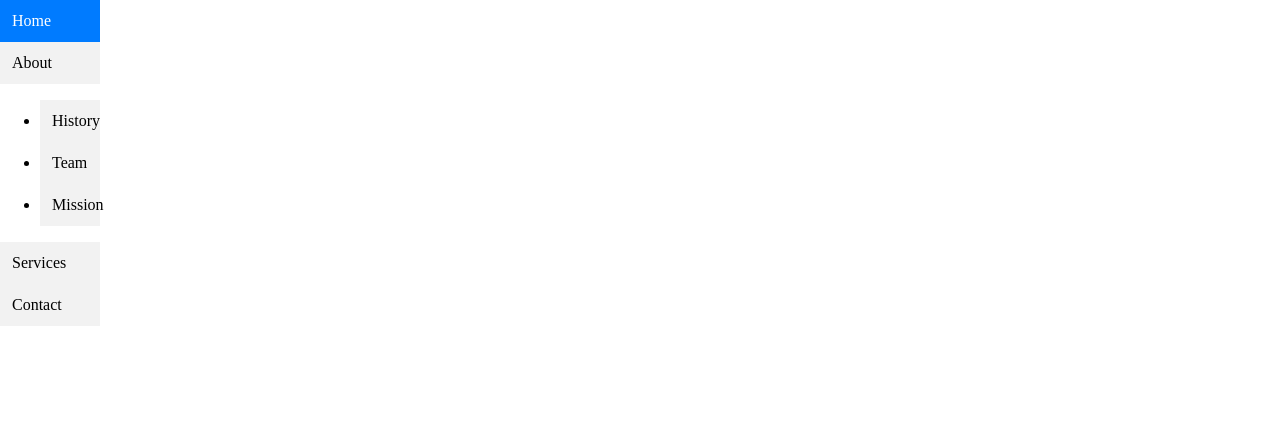
Repository: G1tHub-zer0/BTTH
Page: BTCSS/bai16+20.html
An editor plug-in stored every save of this project. The page is shown before and after the next save, followed by the edit.
The browser window is 1280 px wide. The pictures show the whole page.

Above is the page before, as saved 2024-03-22 19:42:21.

### BTCSS/bai16+20.html
<!DOCTYPE html>
<html lang='en'>

<head>
    <meta charset='UTF-8'>
    <meta http-equiv='X-UA-Compatible' content='IE=edge'>
    <meta name='viewport' content='width=device-width, initial-scale=1.0'>
    <link rel='stylesheet' href='bai16+20.css'>
    <title></title>
</head>

<body>
    <div class="menu">
        <a href="#">Home</a>
        <a href="#">About</a>
        <ul class="submenu">
            <li><a href="#">History</a></li>
            <li><a href="#">Team</a></li>
            <li><a href="#">Mission</a></li>
        </ul>
        <a href="#">Services</a>
        <a href="#">Contact</a>
    </div>
</body>

</html>

### BTCSS/bai16+20.css
body {
  margin: 0;
  padding: 0;
  box-sizing: border-box;
}
.menu {
  width: 100px;
}
.menu a {
  background-color: #f2f2f2;
  color: black;
  display: block;
  padding: 12px;
  text-decoration: none;
}
.menu a:hover {
  background-color: #007bff;
  color: white;
}

After the next save:
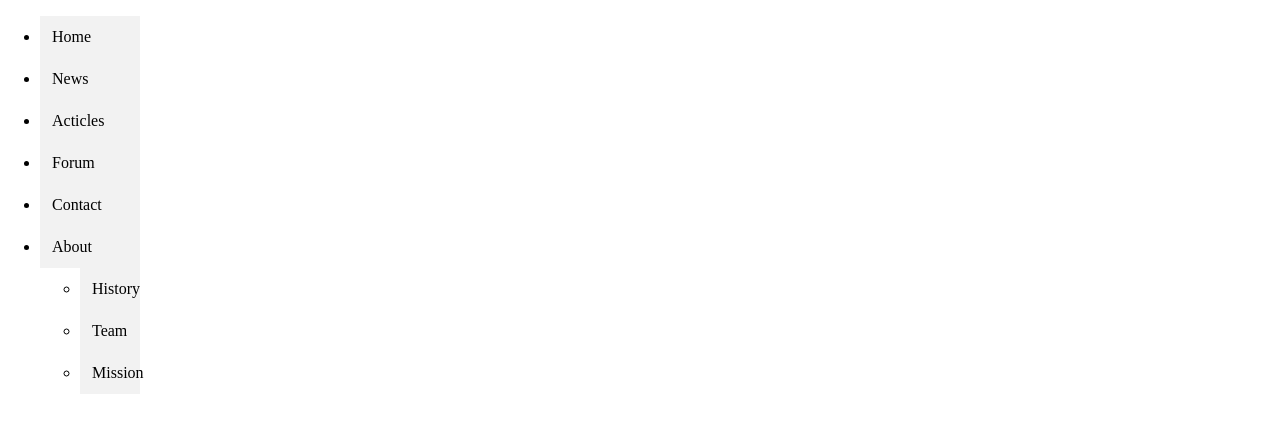
Saved 23 s later.
--- a/BTCSS/bai16+20.html
+++ b/BTCSS/bai16+20.html
@@ -10,17 +10,21 @@
 </head>
 
 <body>
-    <div class="menu">
-        <a href="#">Home</a>
-        <a href="#">About</a>
-        <ul class="submenu">
-            <li><a href="#">History</a></li>
-            <li><a href="#">Team</a></li>
-            <li><a href="#">Mission</a></li>
-        </ul>
-        <a href="#">Services</a>
-        <a href="#">Contact</a>
-    </div>
+    <ul class="menu">
+        <li><a href="#">Home</a></li>
+        <li><a href="#">News</a></li>
+        <li><a href="#">Acticles</a></li>
+        <li><a href="#">Forum</a></li>
+        <li><a href="#">Contact</a></li>
+        <li>
+            <a href="#">About</a>
+            <ul class="submenu">
+                <li><a href="#">History</a></li>
+                <li><a href="#">Team</a></li>
+                <li><a href="#">Mission</a></li>
+            </ul>
+        </li>
+    </ul>
 </body>
 
 </html>
